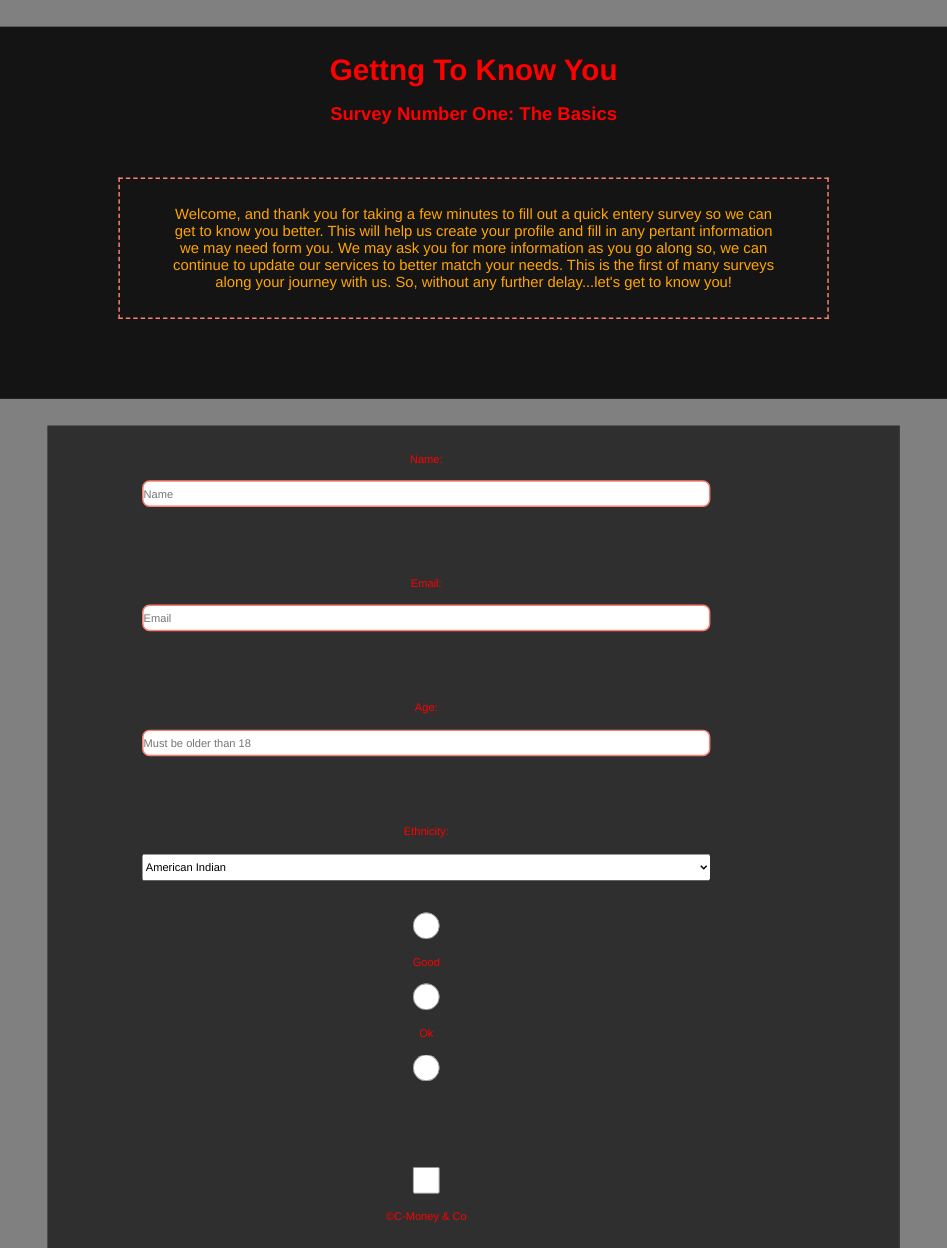
Repository: ctcoleman/surveyForm
Page: index.html
An editor plug-in stored every save of this project. The page is shown before and after the next save, followed by the edit.
The browser window is 1280 px wide. The pictures show the whole page, at 74% of full size.

Above is the page before, as saved 2020-06-28 21:25:45.
Console error: TypeError: Cannot read properties of null (reading 'addEventListener')

### index.html
<!DOCTYPE html>
<html lang="en">

<!-- Head -->

<head>
  <meta name="description" content="Survey Form Example Project">
  <meta name="author" content="Christopher Coleman">
  <meta name="title" content="Survey Form Project">
  <meta name="keywords" content="Survey, Forms, HTML, CSS, Example, Project" <meta name="viewport"
    content="width=device-width, initial-scale=1.0">
  <meta charset="UTF-8">
  <link rel="stylesheet" type="text/css" href="/assets/stylesheets/index.css">
  <title>Survey Form Project</title>
</head>

<!-- Body -->

<body>


  <!-- Main Content-->
  <main id="main">

    <!-- Header -->
    <header id="titleHeading" class="heading">
      <h1 id="title">Gettng To Know You</h1>
      <h2>Survey Number One: The Basics</h2>
      <section class="descriptionSection">
        <p id="description">Welcome, and thank you for taking a few minutes to fill out a quick entery survey so we can
          get to know you better. This will help us create your profile and fill in any pertant information we may need
          form you. We may ask you for more information as you go along so, we can continue to update our services to
          better match your needs. This is the first of many surveys along your journey with us. So, without any further
          delay...let's get to know you!</p>
      </section>
    </header>

    <!-- Survey Form -->
    <form id="survey-form" class="formWrapper" action="#" method="post">
      <!-- Name -->
      <div class="formEntery nameEntery">
        <label for="name-label">Name:</label>
        <input type="text" id="name" name="user_name" placeholder="Name" required>
      </div>
      <!-- E-Mail -->
      <div class="formEntery emailEntery">
        <label for="email-label">Email:</label>
        <input type="email" id="email" name="user_email" placeholder="Email" required>
      </div>
      <!-- Number -->
      <div class="formEntery numberEntery">
        <label for="number-label">Age:</label>
        <input type="number" id="number" placeholder="Must be older than 18" min="18" max="150">
      </div>
      <!-- Dropdown -->
      <div id="dropDownEntery" class="formEntery">
        <label for="dropdown-label">Ethnicity:</label>
        <select type="dropdown" id="dropdown" placeholder="Select from the following" required>
          <option value="americanIndian">American Indian</option>
          <option value="asian">Asian</option>
          <option value="africanAmerican">African American</option>
          <option value="hispanic">Hispanic</option>
          <option value="pacificIslander">Pacific Islander</option>
          <option value="white">White</option>
      </div>
      <!-- Radio Buttons -->
      <div id="radioButtons" class="formEntery radioButtons">

        <label for="radioGreat">Great</label>
        <input class="radio" type="radio" id="radioGreat" name="radio" value="Great">

        <label for="radioGood">Good</label>
        <input class="radio" type="radio" id="radioGood" name="radio" value="Good">

        <label for="radioOk">Ok</label>
        <input class="radio" type="radio" id="radioOk" name="radio" value="Ok">

      </div>

      <div id="checkboxInputs" class="formEntery checkbox">
        <input type="checkbox" id="" name="" value=""
      </div>
    </form>

    <!-- Footer -->
    <footer>
      <p>&copy;C-Money & Co</p>
    </footer>
  </main>

  <script>
    const btn = document.querySelector('button');
    const txt = document.querySelector('p')

    btn.addEventListener('click', updateBtn);

    function updateBtn() {
      if (btn.textContent === 'I am a button') {
        btn.textContent = 'I am a new button';
        txt.textContent = 'New Lorem Ipsum';
      } else {
        btn.textContent = 'I am a button';
        txt.textContent = 'Lorem Ipsum'
      }
    }
  </script>
  <script>url('https://cdn.freecodecamp.org/testable-projects-fcc/v1/bundle.js')</script>
</body>

</html>

### assets/stylesheets/index.css
/*
=== Basic Styling ===
*/

* {
  margin: 0;
  padding: 0;
  outline: 0;
  box-sizing: border-box;
  font-size: 62.5%
}

body {
 background: grey;
 background-size: contain;
 color: red;
 -webkit-font-smoothing: antialiased;
}

body, label, select, p, a, input, button, option {
  font-size: 1.5rem;
  font-family: 'Helvetica';
}

h1 {
  font-size: 4rem;
  text-align: center;
}

h2 {
  font-size: 2.5rem;
  text-align: center;
}

button {
 cursor: pointer;
}

/*
=== Header Styling ===
*/

header {
  margin: 5vh 0;
  padding: 5vh 0;
  background: rgba(0, 0, 0, 0.849);
  width: 100vw;
}
#title {
  margin-bottom: 3vh;
}
#description {
  font-size: 2rem;
  text-align: center;
  width: 75vw;
  margin: 10vh 12.5vw;
  padding: 5vh 5vw;
  border: 2px dashed salmon;
  color: orange;
}

/*
=== Form Styling ===
*/

#survey-form {
  display: flex;
  flex-direction: column;
  align-items: flex-end;
  justify-content: space-around;
  margin: 0 5vw;
  background: rgba(0, 0, 0, 0.637);
}

.formWrapper .formEntery {
  margin: 5vh 0;
  width: 100vw;
  display: flex;
  flex-direction: column;
  align-items: center;
}

.formEntery input {
  width: 60vw;
  margin: 3vh 20vw;
  height: 5vh;
  border: 2px solid salmon;
  border-radius: 10px;
}

.formEntery select {
  width: 60vw;
  margin: 3vh 20vw;
  height: 5vh;
}

After the next save:
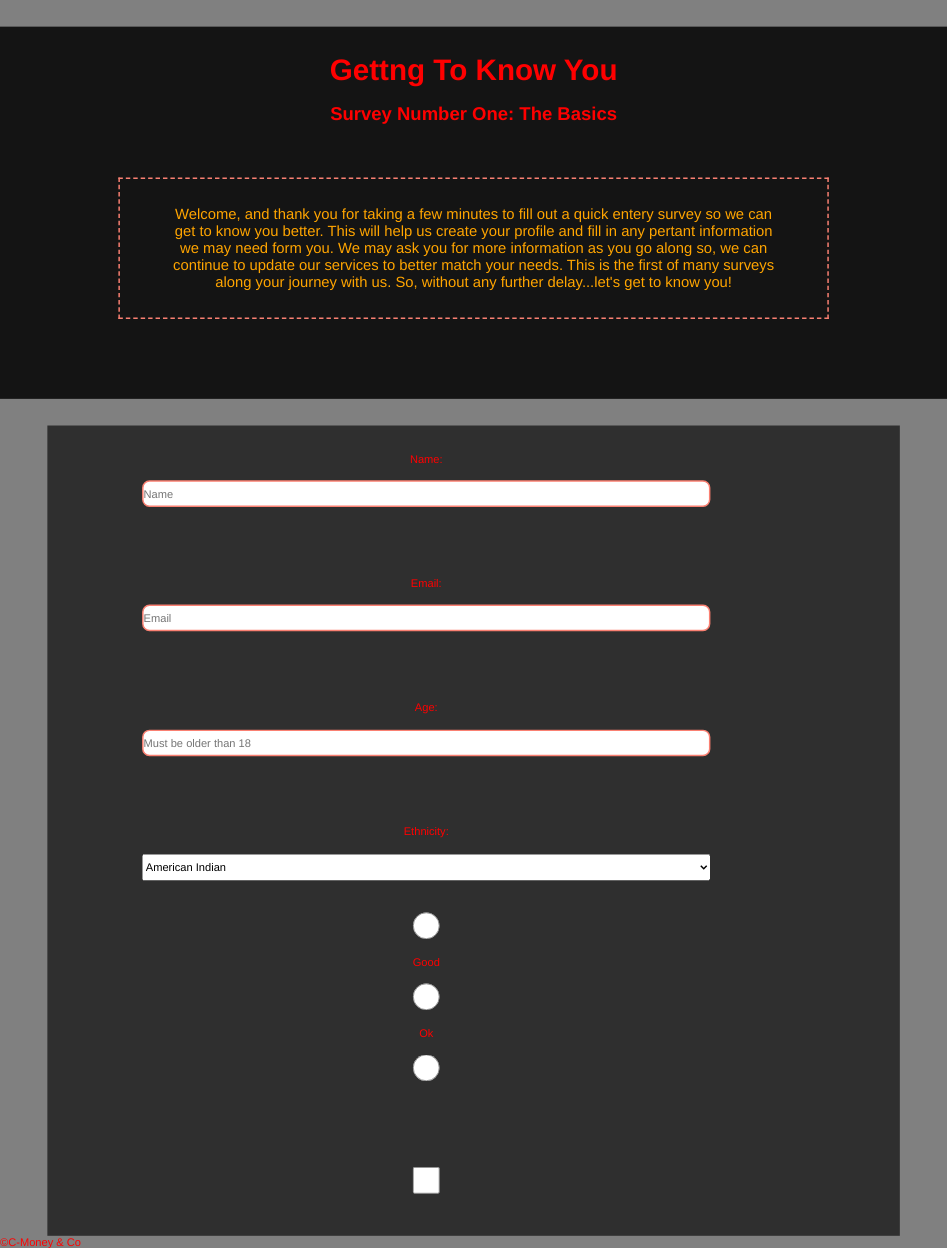
Saved 7 s later.
--- a/index.html
+++ b/index.html
@@ -78,7 +78,7 @@
       </div>
 
       <div id="checkboxInputs" class="formEntery checkbox">
-        <input type="checkbox" id="" name="" value=""
+        <input type="checkbox" id="" name="" value="">
       </div>
     </form>
 
